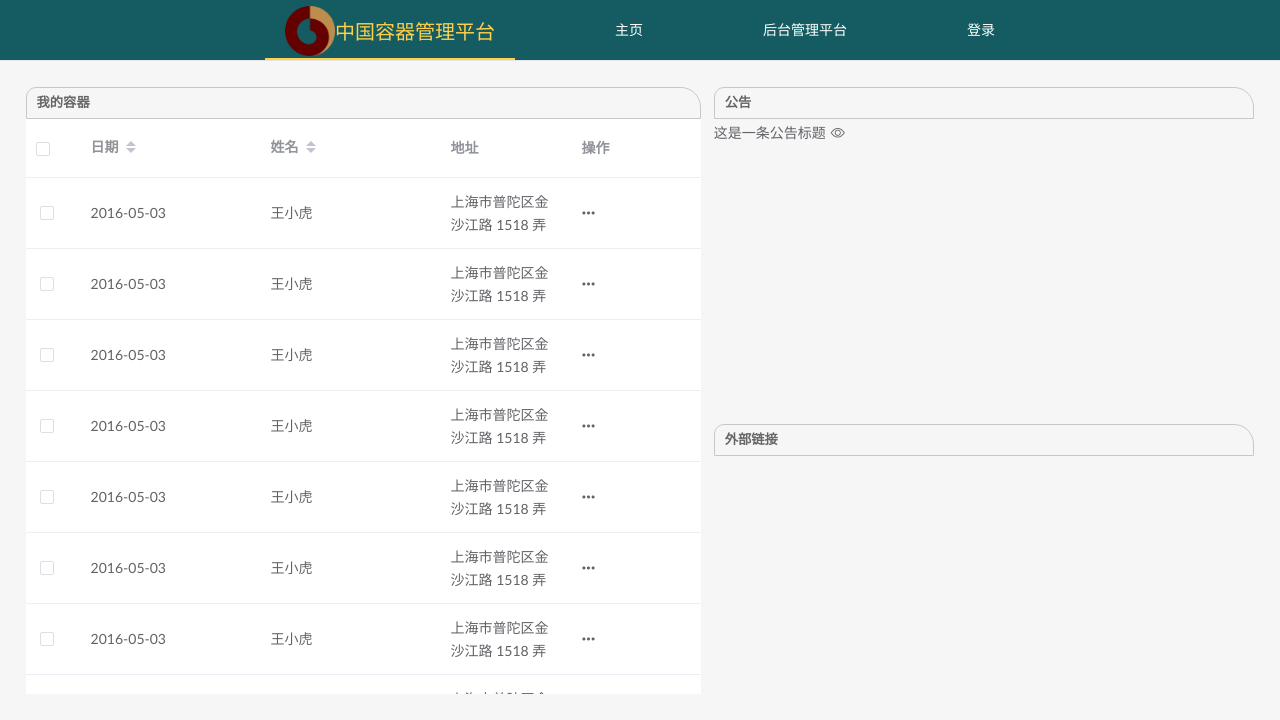
Repository: lei123zhou/zhongjin
Page: /main/home
The author's editor kept a copy of each file at every save. The page is drawn from the files as they stood at one save, then again after a run of saves.
The browser window is 1280 px wide. The pictures show the whole page.
An inner scrolling area shows only its first screen. The project was rebuilt for these pictures with package versions that can differ from the ones it lists, and the page was loaded fresh each time. Also part of the build but not shown: vue.config.js.

Above is the page before, as saved 2022-08-29 20:33:01.

After the next 2 saves:
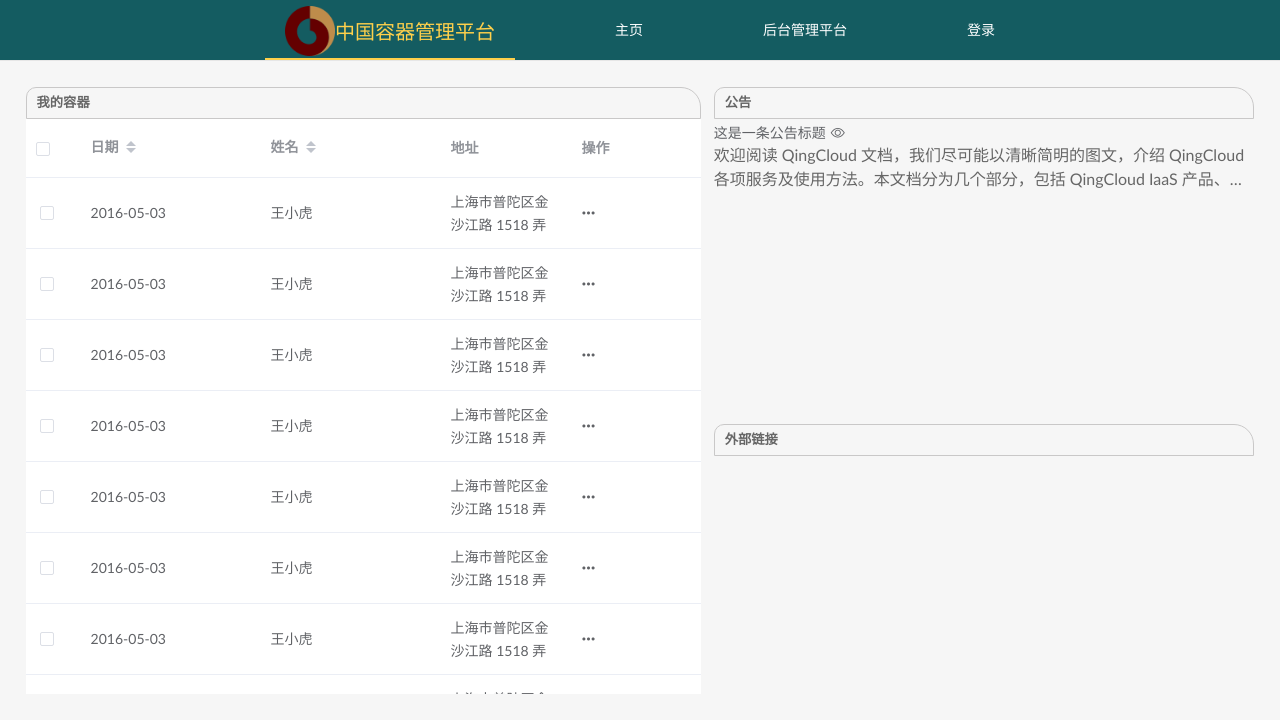
The 2 saves are shown as one change because they came seconds apart.
The last was saved 51 s later.
--- a/src/pages/home/HomePage.vue
+++ b/src/pages/home/HomePage.vue
@@ -52,7 +52,21 @@
             <el-link @click="showDetail"
               >这是一条公告标题<i class="el-icon-view el-icon--right"></i>
             </el-link>
-            <span></span>
+            <span
+              >欢迎阅读 QingCloud 文档，我们尽可能以清晰简明的图文，介绍
+              QingCloud 各项服务及使用方法。本文档分为几个部分，包括 QingCloud
+              IaaS 产品、QingStor 对象存储产品、CDN & DDOS 产品、QingCloud
+              AppCenter
+              产品等。每类产品的文档包含产品介绍、使用说明、开发者接口文档、FAQ
+              等。 如果使用过程中遇到困惑或问题，建议先按产品类型查看下常见问题
+              FAQ， 我们会不断收集整理用户提出的问题，并编入 FAQ 。
+              对于想更高效地使用 QingCloud，或想通过 QingCloud
+              做进一步开发的技术人员，可以参阅 QingCloud 的 API 文档。
+              我们开放了资源相关的所有 API，就是希望开发者能够基于 QingCloud
+              创造更丰富的上层服务。
+              根据中国大陆工信部的规定，所有在大陆境内运行的网站必须进行 ICP
+              备案。 详细备案文档请前往 青云备案管理系统 查看。</span
+            >
             <diglog ref="show" :announcement="announcement"></diglog>
           </div>
         </div>
